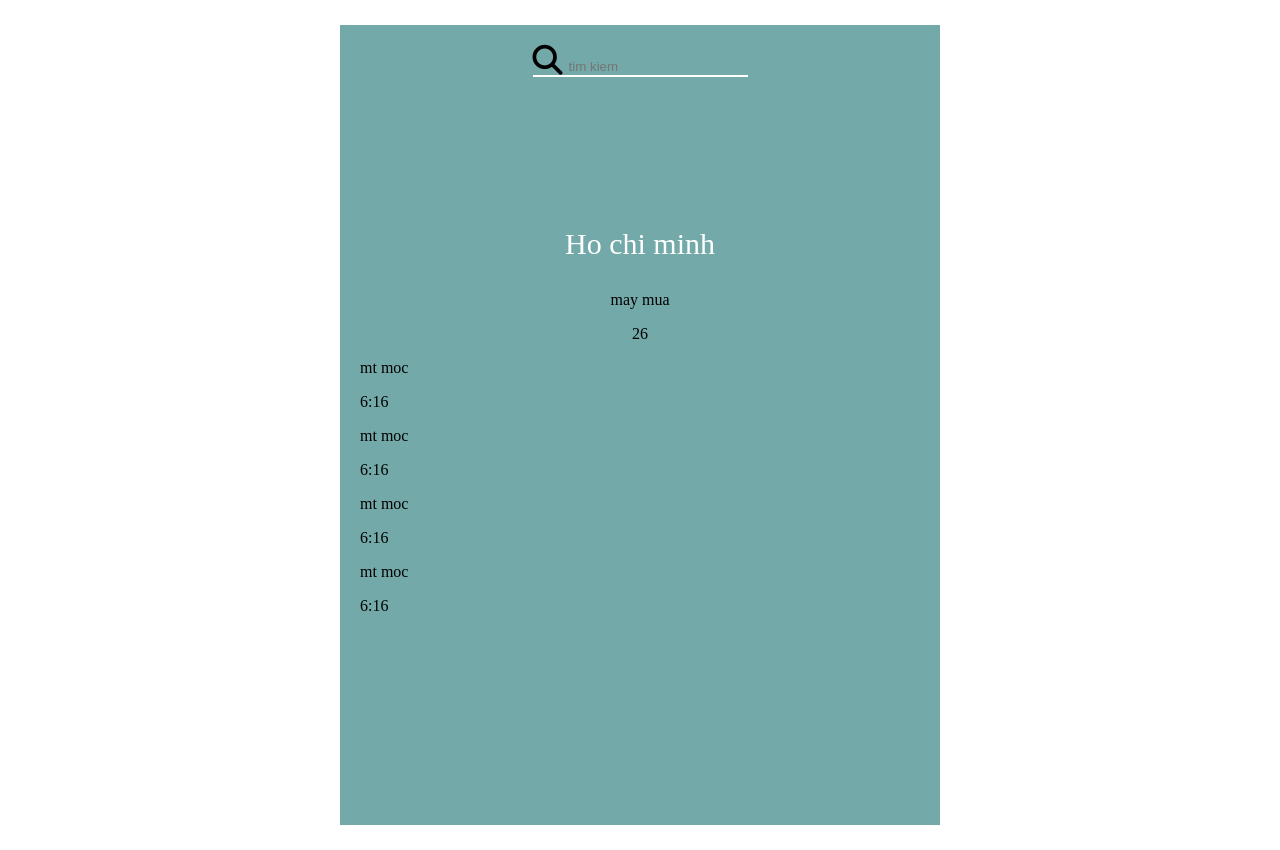
Repository: tienbkvn0605/weatherApp
Page: index.html
An editor plug-in stored every save of this project. The page is shown before and after a run of saves, followed by the edit.
The browser window is 1280 px wide. The pictures show the whole page.

Above is the page before, as saved 2022-10-05 16:49:32.

After the next 3 saves:
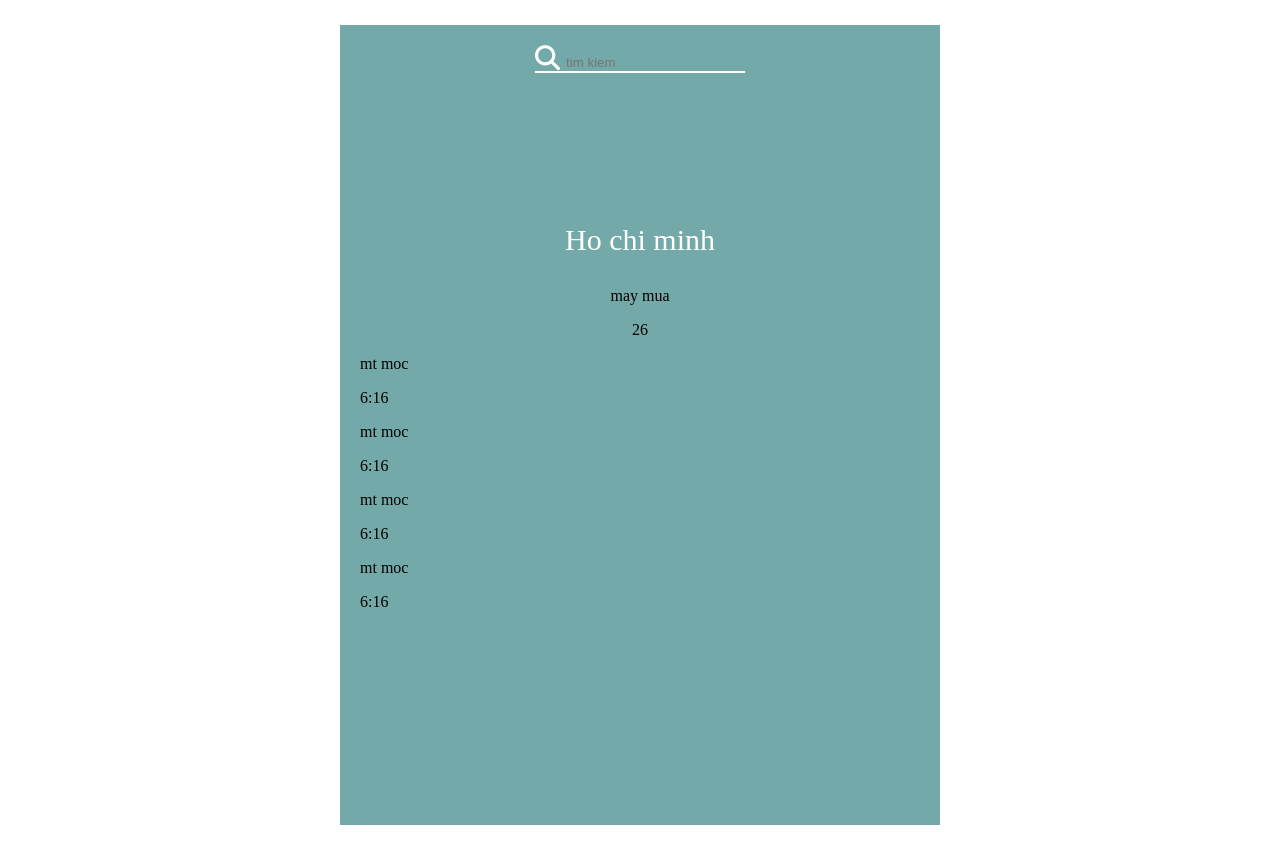
The 3 saves are shown as one change because they came seconds apart.
The last was saved 11 s later.
--- a/appstyle.css
+++ b/appstyle.css
@@ -23,7 +23,8 @@
   margin-bottom: 150px;
 }
 .search-bar i {
-  font-size: 30px;
+  font-size: 25px;
+  color: white;
 }
 .search-input {
   border: 0;
